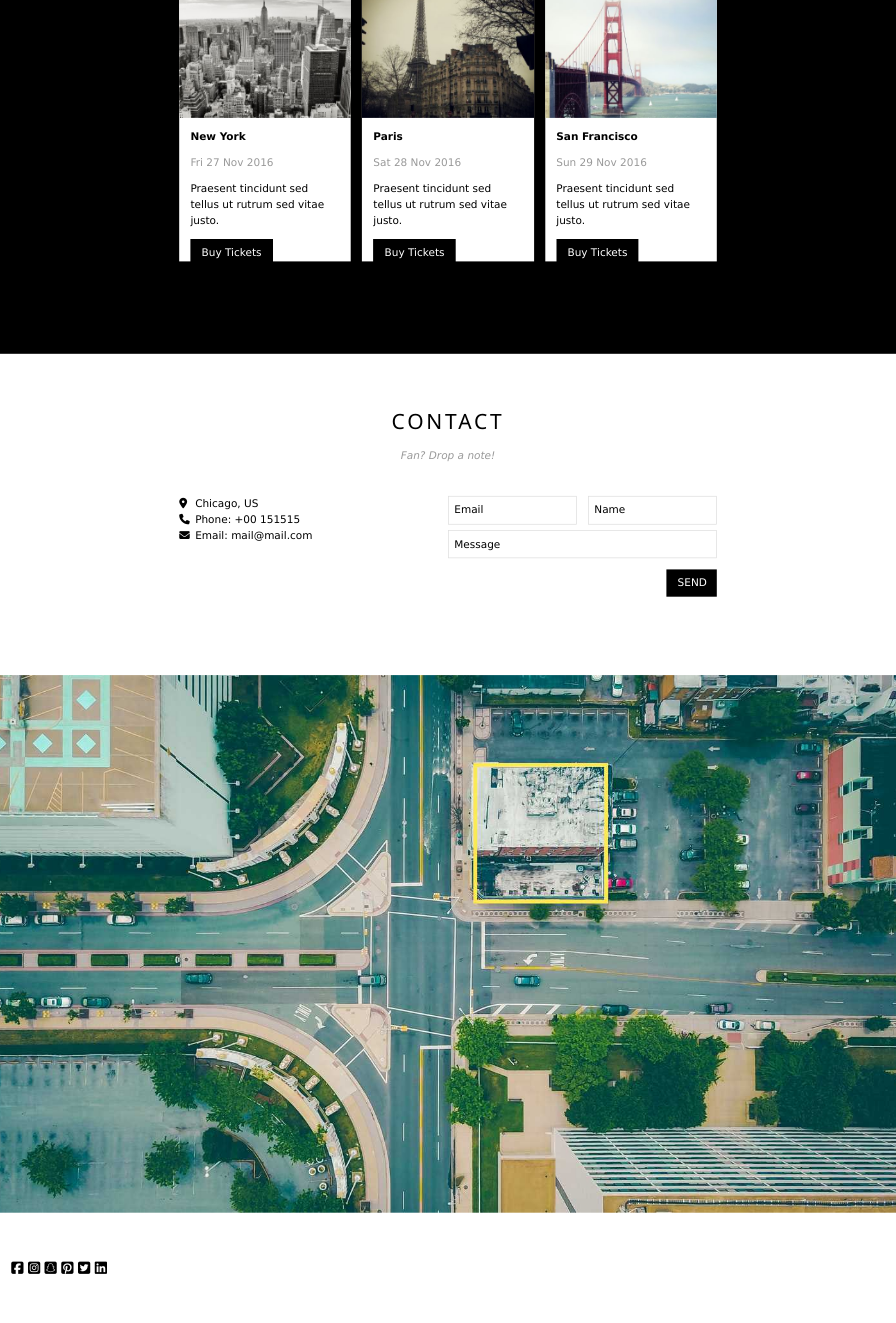
Repository: ngotranphuongbao/theband
Page: index.html
An editor plug-in stored every save of this project. The page is shown before and after the next save, followed by the edit.
The browser window is 1280 px wide. The pictures show the part of the page from y = 1699 to 3619 px (the page is 3589 px tall before and 3619 px after), at 70% of full size.
Some web libraries are served in a nearby version.

Above is the page before, as saved 2022-12-22 08:26:41.

### index.html
<!DOCTYPE html>
<html lang="en">
<head>
    <meta charset="UTF-8">
    <meta http-equiv="X-UA-Compatible" content="IE=edge">
    <meta name="viewport" content="width=device-width, initial-scale=1.0">
    <title>Document</title>
    <link rel="stylesheet" href="./assets/css/style.css">
    <script src="https://kit.fontawesome.com/55a0c61423.js" crossorigin="anonymous"></script>
    <link rel="stylesheet" href="./assets/themify-icons/themify-icons.css">
    <link rel="stylesheet" href="https://www.w3schools.com/w3css/4/w3.css">
</head>
<body>
    <div id="main">
        <div id="header">
            <ul id="nav">
                <li><a href="">Home</a></li>
                <li><a href="">Band</a></li>
                <li><a href="">Tour</a></li>
                <li><a href="">Contact</a></li>
                <li>
                    <a href="">
                        More
                        <i class="fa fa-caret-down"></i>
                    </a>
                    <ul id="subnav">
                        <li><a href="">Merchandise</a></li>
                        <li><a href="">Extras</a></li>
                        <li><a href="">Media</a></li>
                    </ul>
                </li>
            </ul>
            <div id="search">
                <i class="fa fa-search"></i>
            </div>
        </div>

        <div id="slider">
            <div id="slider-caption">
                <h3>Chicago</h3>
                <p><b>Thank you, Chicago - A night we won't forget.</b></p>
            </div>

        </div>

        <div id="content">
            <div id="the-band">
                <div id="the-band-main">
                    <h2 class="content-title">The Band</h2>
                    <p class="content-subtitle">We love music</p>
                    <p id="describe">We have created a fictional band website. Lorem ipsum dolor sit amet, consectetur adipiscing elit, sed do eiusmod tempor incididunt ut labore et dolore magna aliqua. Ut enim ad minim veniam, quis nostrud exercitation ullamco laboris nisi ut aliquip ex ea commodo consequat. Duis aute irure dolor in reprehenderit in voluptate velit esse cillum dolore eu fugiat nulla pariatur. Excepteur sint occaecat cupidatat non proident, sunt in culpa qui officia deserunt mollit anim id est laborum consectetur adipiscing elit, sed do eiusmod tempor incididunt ut labore et dolore magna aliqua. Ut enim ad minim veniam, quis nostrud exercitation ullamco laboris nisi ut aliquip ex ea commodo consequat.</p>
                    <div id="member">
                        <div class="member-info">
                            <p class="member-name">Name</p>
                            <img src="/assets/image/member/bandmember.jpg" alt="" class="member-photo">
                        </div>

                        <div class="member-info">
                            <p class="member-name">Name</p>
                            <img src="/assets/image/member/bandmember.jpg" alt="" class="member-photo">
                        </div>

                        <div class="member-info">
                            <p class="member-name">Name</p>
                            <img src="/assets/image/member/bandmember.jpg" alt="" class="member-photo">
                        </div>
                    </div>
                </div>
            </div>

            <div id="tour-dates">
                <div id="tour-dates-main">
                    <h2 class="content-title">Tour Dates</h2>
                    <p class="content-subtitle">Remember to book your tickets!</p>
                    <ul id="booking">
                        <li>
                            September
                            <div class="sold-out">Sold out</div>
                        </li>
                        <li>
                            October
                            <div class="sold-out">Sold out</div>
                        </li>
                        <li>
                            November
                            <span class="w3-badge">3</span>
                        </li>
                    </ul>
                    <div id="location">
                        <div class="location-infor">
                            <img src="/assets/image/location/newyork.jpg" alt="" class="location-photo">
                            <div class="location-detail">
                                <p class="city">
                                    <b>New York</b>
                                </p>
                                <p class="event-date">Fri 27 Nov 2016</p>
                                <p class="event-describe">Praesent tincidunt sed tellus ut rutrum sed vitae justo.</p>
                                <div class="buy-ticket">Buy Tickets</div>
                            </div>
                        </div>
                        <div class="location-infor">
                            <img src="/assets/image/location/paris.jpg" alt="" class="location-photo">
                            <div class="location-detail">
                                <p class="city">
                                    <b>Paris</b>
                                </p>
                                <p class="event-date">Sat 28 Nov 2016</p>
                                <p class="event-describe">Praesent tincidunt sed tellus ut rutrum sed vitae justo.</p>
                                <div class="buy-ticket">Buy Tickets</div>
                            </div>
                        </div>
                        <div class="location-infor">
                            <img src="/assets/image/location/sanfran.jpg" alt="" class="location-photo">
                            <div class="location-detail">
                                <p class="city">
                                    <b>San Francisco</b>
                                </p>
                                <p class="event-date">Sun 29 Nov 2016</p>
                                <p class="event-describe">Praesent tincidunt sed tellus ut rutrum sed vitae justo.</p>
                                <div class="buy-ticket">Buy Tickets</div>
                            </div>
                        </div>
                    </div>

                </div>

            </div>

            <div id="contact">
                <div id="contact-main">
                    <h2 class="content-title">Contact</h2>
                    <p class="content-subtitle">Fan? Drop a note!</p>
                    <div id="contact-form">
                        <ul id="adress">
                            <li>
                                <i class="fa-solid fa-location-dot"></i>
                                Chicago, US
                            </li>
                            <li>
                                <i class="fa-solid fa-phone"></i>
                                Phone: +00 151515
                            </li>
                            <li>
                                <i class="fa-solid fa-envelope"></i>
                                Email: mail@mail.com
                            </li>
                        </ul>

                        <ul id="audience">
                            <div id="name-email">
                                <ul>
                                    <li id="name">Name</li>
                                    <li id="email">Email</li>
                                </ul>
                            </div>
                            <div id="message">Message</div>
                            <div id="send">Send</div>
                            </div>
                        </ul>
                    </div>

                </div>
            </div>

            <div id="map">

            </div>

        </div>

        <div id="footer">
            <div id="social-net">
                <i class="fa-brands fa-square-facebook"></i>
                <i class="fa-brands fa-square-instagram"></i>
                <i class="fa-brands fa-square-snapchat"></i>
                <i class="fa-brands fa-square-pinterest"></i>
                <i class="fa-brands fa-square-twitter"></i>
                <i class="fa-brands fa-linkedin"></i>
            </div>

        </div>
    </div>

</body>
</html>

### assets/css/style.css
* {
    padding: 0px;
    margin: 0px;
    box-sizing: border-box;
}

html {
    font-family: Arial, Helvetica, sans-serif;
}

#main {

}

#header {
    height: 46.5px;
    background-color: black;
    position: fixed;
    top: 0px;
    left: 0px;
    right: 0px;
    z-index: 1;
}

#nav {
    display: inline-block;
}
#nav > li {
    display: inline-block;
    padding: 12px 24px;
    position: relative;
}

#nav > li > a {
    line-height: 22.5px;
    text-decoration: none;
    text-transform: uppercase;
    color: white;
}

#nav > li:hover {
    background-color: grey;
}

#nav > li:hover > a {
    color: black;
}

#subnav {
    display: none;
    position: absolute;
    top: 45px;
    left: 0px;
    box-shadow: 0px 0px 10px rgba(0, 0, 0, 0.3);
    background-color: white;
}

#subnav > li {
    display: block;
    width: 160px;
    height: 38.5px;
    padding: 8px 16px;
}

#subnav > li:hover {
    background-color: grey;
}

#nav > li:hover > #subnav {
    display: block;
}

#subnav > li > a {
    text-decoration: none;
    color: black;
}

.fa-caret-down {
    width: 8.575px;
    height: 15px;
}

#search {
    float: right;
    padding: 12px 24px;
    background-color: red;
    cursor: pointer;
}

.fa-search {
    line-height: 22.5px;
    color: white;
}
#slider {
    margin-top: 45.6px;
    padding-top: 50%;
    background: url(/assets/image/slider/chicago.jpg) top center / cover no-repeat;
    position: relative;
}

#slider-caption {
    position: absolute;
    bottom: 32px;
    width: 100%;
    text-align: center;
}

#slider-caption > p {
    margin: 15px;
    color: white;
}

#slider-caption > h3 {
    margin-bottom: 10px;
    color: white;
    font-weight: 400;
    font-size: 24px;
}


#content {

}

#the-band {
    height: 672px;
}

#the-band-main {
    width: 768px;
    height: 100%;
    padding: 64px 16px;
    margin: auto;
}

.content-title {
    text-align: center;
    margin: 10px;
    text-transform: uppercase;
    letter-spacing: 4px;
    font-weight: 400;
}

.content-subtitle {
    text-align: center;
    margin: 15px;
    font-style: italic;
    opacity: 0.4;
}

#describe {
    text-align: justify;
    margin-bottom: 15px;

}

#member {
    height: 286px;
    text-align: center;
    margin: 32px;
}

.member-info {
    display: inline-block;
    width: calc(100%/3);
    float: left;
}

.member-photo {
    width: 60%;
    margin-bottom: 16px;
}

.member-name {
    margin: 15px;
}

#tour-dates {
    height: 846px;
    background-color: black;
}

#tour-dates-main {
    width: 800px;
    height: 100%;
    margin: auto;
    padding: 64px 16px;
}

#tour-dates-main .content-title {
    color: white;
}

#tour-dates-main .content-subtitle {
    color: white;
}

#booking {
    margin-top: 18.4px;
    background-color: white;
}

#booking > li {
    display: block;
    padding: 8px 16px;
    border-bottom: 1px solid #ddd;
}

.sold-out {
    display: inline-block;
    background-color: red;
    color: white;
    margin-left: 16px;
}

.w3-badge {
    float: right;
    margin-right: 16px;
}

#location {
    height: 469px;
    padding: 32px 8px;
    margin-left: -16px;
    margin-right: -16px;
}

.location-infor {
    display: inline-block;
    float: left;
    width: calc((100% - 48px) / 3);
    height: calc(100% - 16px);
    background-color: white;
    margin: 0px 8px;
    margin-bottom: 16px;
}

.location-photo {
    width: 100%;
}

.location-photo:hover {
    opacity: 0.6;
}

.location-detail {
    padding: 0.15px 16px;
    text-align: left;
}

.city {
    margin: 15px 0px;
}

.event-date {
    opacity: 0.4;
}

.event-describe {
    margin: 15px 0px;
}

.buy-ticket {
    display: inline-block;
    padding: 8px 16px;
    margin-bottom: 16px;
    background-color: black;
    color: white;
    cursor: pointer;
}

.buy-ticket:hover {
    background-color: grey;
    color: black;
}
#contact {
    height: 459px;
}

#contact-main {
    width: 800px;
    height: 100%;
    padding: 64px 16px;
    margin: auto;


}

#contact-form {
    height: 223.5px;
    padding: 32px 0;
}

#adress {
    display: inline-block;
}

#adress > li {
    display: block;
}

#adress > li i {
    width: 18px;
}

#audience {
    width: 384px;
    float: right;
}

#name-email > ul li {
    display: inline-block;
    margin-bottom: 8px;
    width: 184px;
    padding: 8px;
    border: 1px solid #ddd;
}

#name {
    float: right;
}

#message {
    padding: 8px;
    border: 1px solid #ddd;
}

#send {
    width: 72px;
    height: 38.5px;
    padding: 8px 16px;
    background-color: black;
    margin: 16px 0px;
    float: right;
    color: white;
    text-transform: uppercase;
    cursor: pointer;
}

#send:hover {
    background-color: grey;
    color: black;
}

#map {
    padding-top: 60%;
    background: url(/assets/image/map/map.jpg) top center / cover no-repeat;
}

#footer {
    padding: 64px 16px;


}

#social-net {
    font-size: 20px;
}

Loaded but not shown: assets/themify-icons/themify-icons.css (common file)

After the next save:
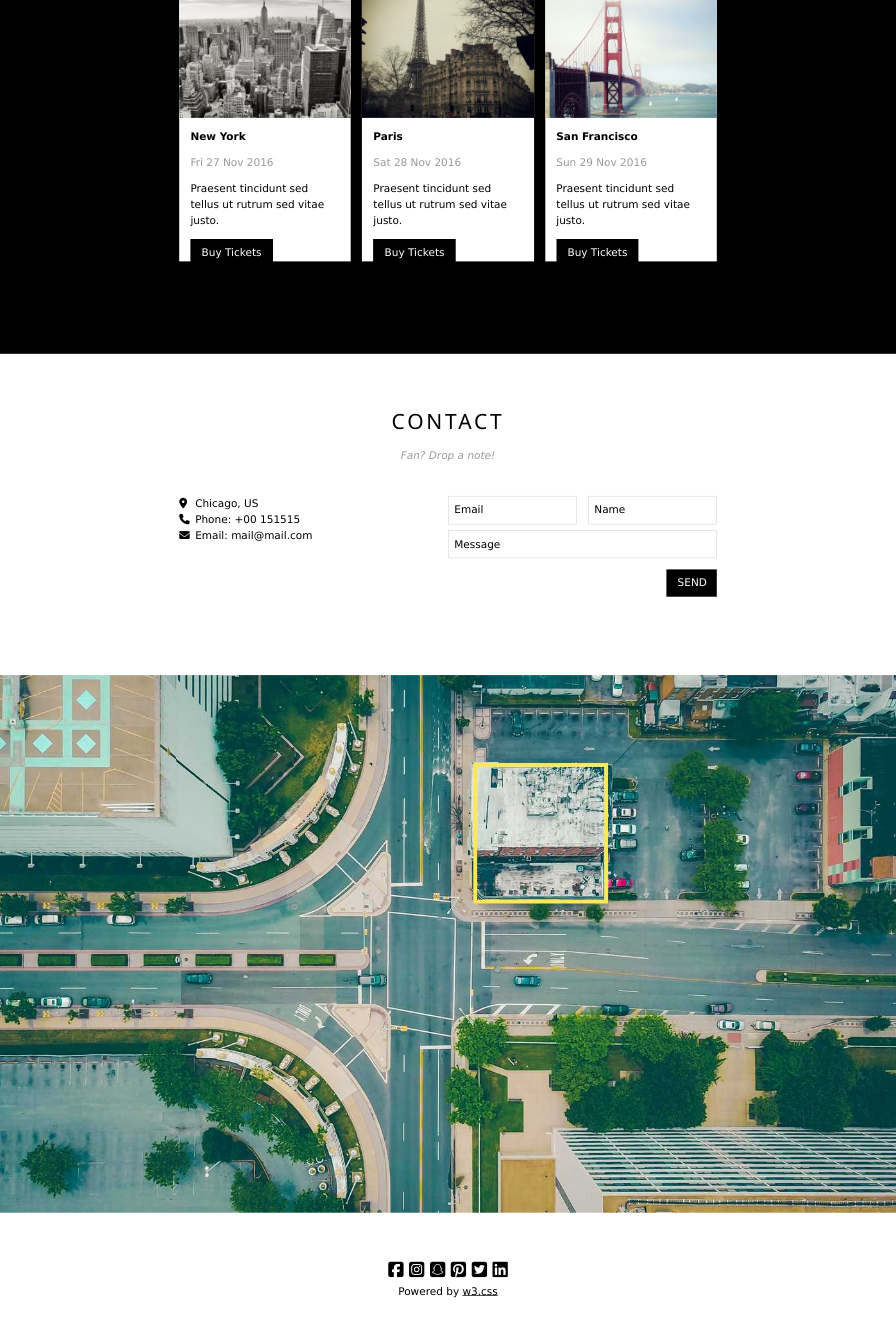
Saved 2 min 51 s later.
--- a/index.html
+++ b/index.html
@@ -177,6 +177,10 @@
                 <i class="fa-brands fa-square-twitter"></i>
                 <i class="fa-brands fa-linkedin"></i>
             </div>
+            <p>
+                Powered by
+                <a href="">w3.css</a>
+            </p>
 
         </div>
     </div>
--- a/assets/css/style.css
+++ b/assets/css/style.css
@@ -349,10 +349,10 @@ html {
 
 #footer {
     padding: 64px 16px;
-
+    text-align: center;
 
 }
 
 #social-net {
-    font-size: 20px;
-}
+    font-size: 25px;
+}
